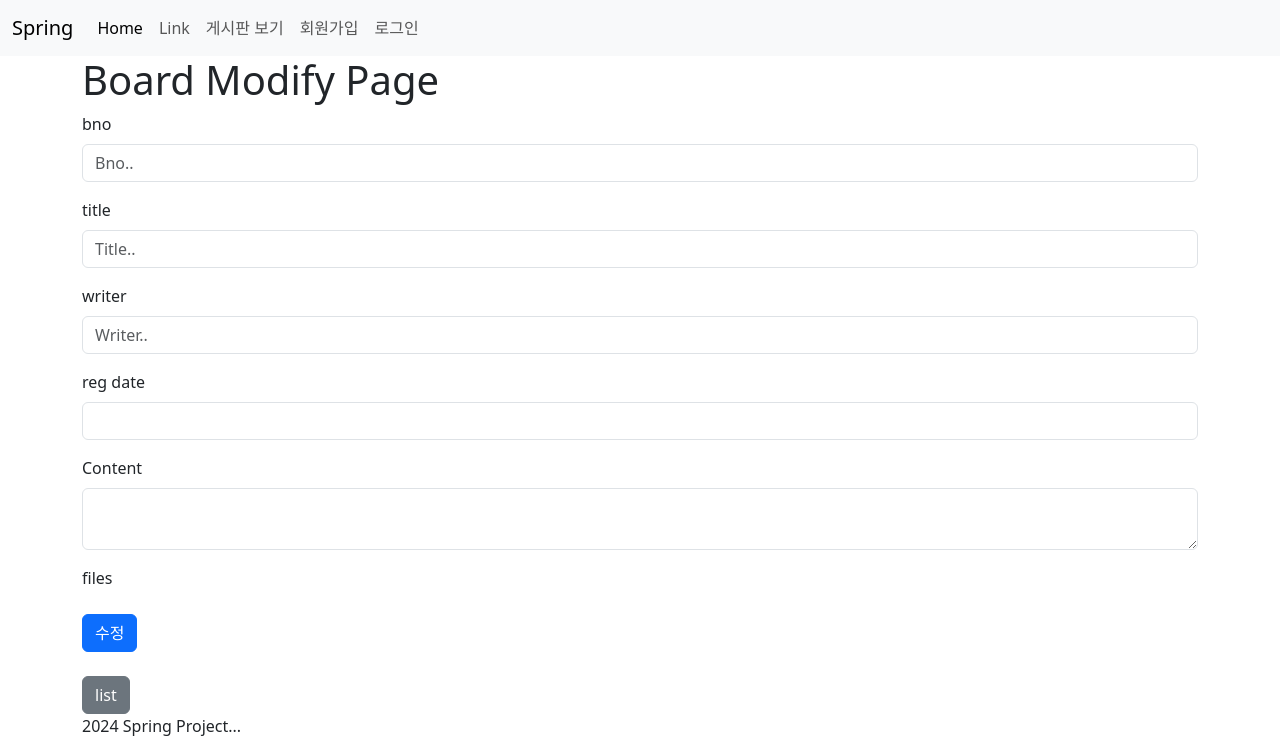
Repository: gajami-kim/240430_Spring_Study
Page: http://localhost/spring_study/WEB-INF/views/board/modify.jsp
These files come from the project's save history. The page is drawn as it stood at one moment and after the next save; the edit follows.
The browser window is 1280 px wide. The pictures show the whole page.
The page is served by Tomcat 9. Nobody is signed in. The template is opened directly, without the code that normally fills it, so the values that code supplies are empty.

Above is the page before, as saved 2024-04-29 08:33:37.

After the next save:
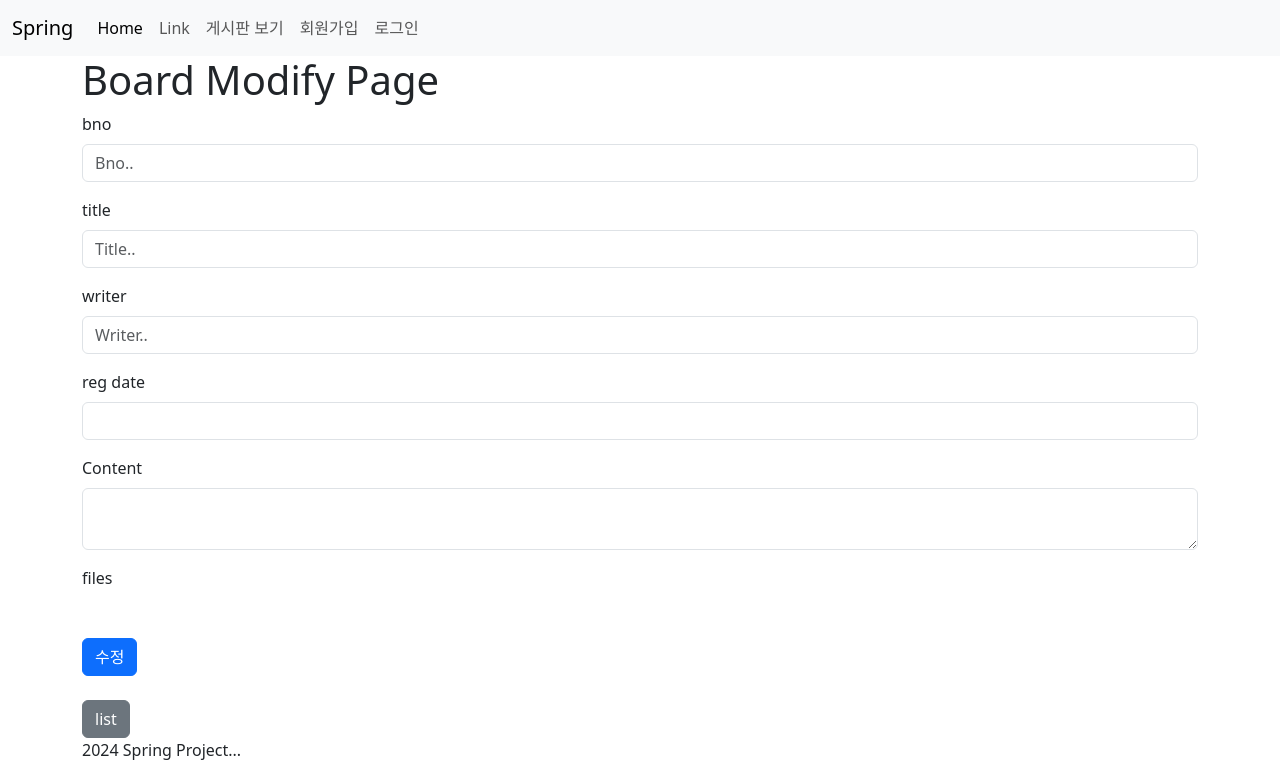
Saved 25 s later.
--- a/spring_study/src/main/webapp/WEB-INF/views/board/modify.jsp
+++ b/spring_study/src/main/webapp/WEB-INF/views/board/modify.jsp
@@ -55,9 +55,9 @@
 	  					</div>
 		  			</li>
 				</c:forEach>
-		  	</ul>
 		  <label for="file" class="form-label">files</label>
 		  <input type="file" class="form-control" name="files" id="file" multiple="multiple" style="display: none"> <br>
+		  	</ul>
 		</div>
 		<button type="submit" class="btn btn-primary">수정</button>
 	</form>

After the 2 saves that followed:
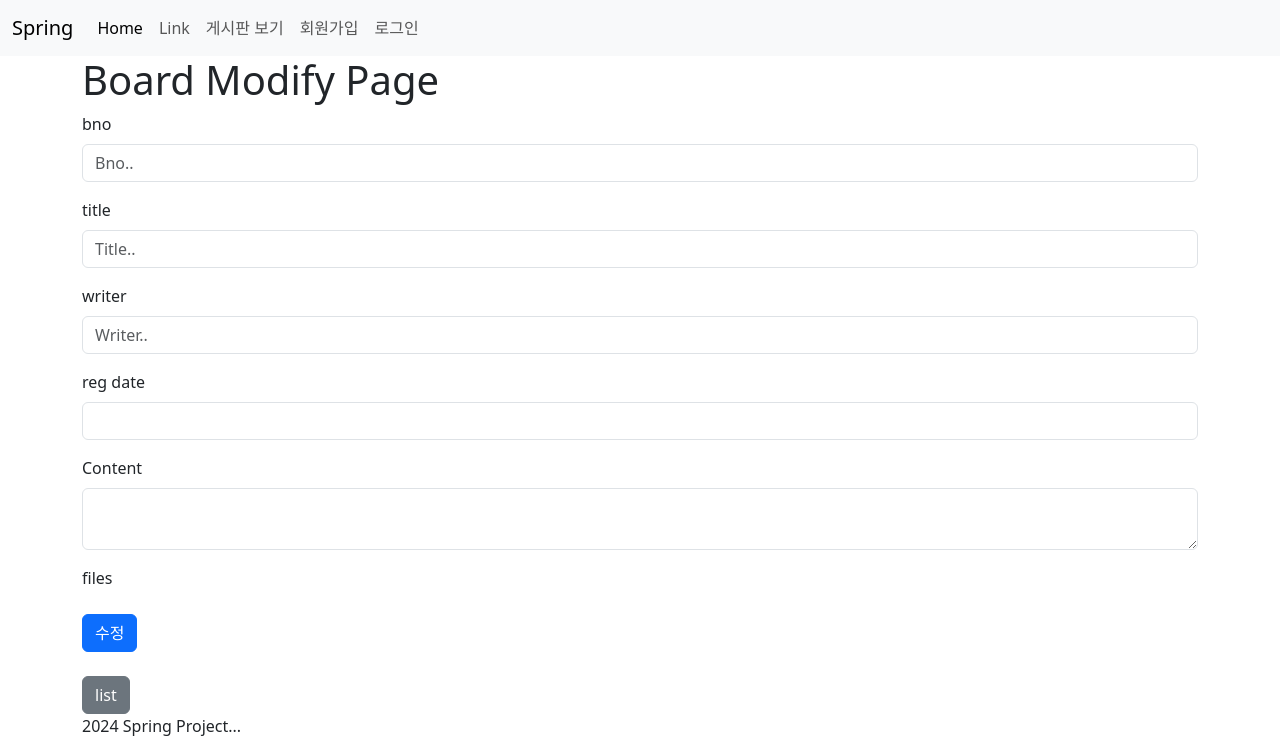
The 2 saves are shown as one change because they came seconds apart.
The last was saved 28 s later.
--- a/spring_study/src/main/webapp/WEB-INF/views/board/modify.jsp
+++ b/spring_study/src/main/webapp/WEB-INF/views/board/modify.jsp
@@ -55,9 +55,9 @@
 	  					</div>
 		  			</li>
 				</c:forEach>
+		  	</ul>
 		  <label for="file" class="form-label">files</label>
 		  <input type="file" class="form-control" name="files" id="file" multiple="multiple" style="display: none"> <br>
-		  	</ul>
 		</div>
 		<button type="submit" class="btn btn-primary">수정</button>
 	</form>
